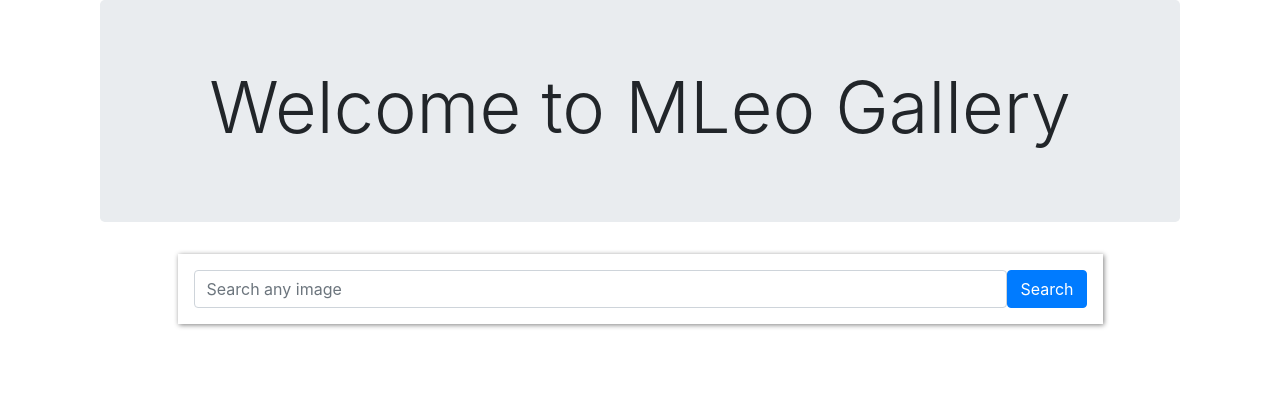
Repository: the-manohar/gallery
Page: /
An editor plug-in stored every save of this project. The page is shown before and after the next save, followed by the edit.
The browser window is 1280 px wide. The pictures show the whole page.
The project was rebuilt for these pictures with package versions that can differ from the ones it lists, and the page was loaded fresh each time.

Above is the page before, as saved 2020-06-19 00:00:50.

After the next save:
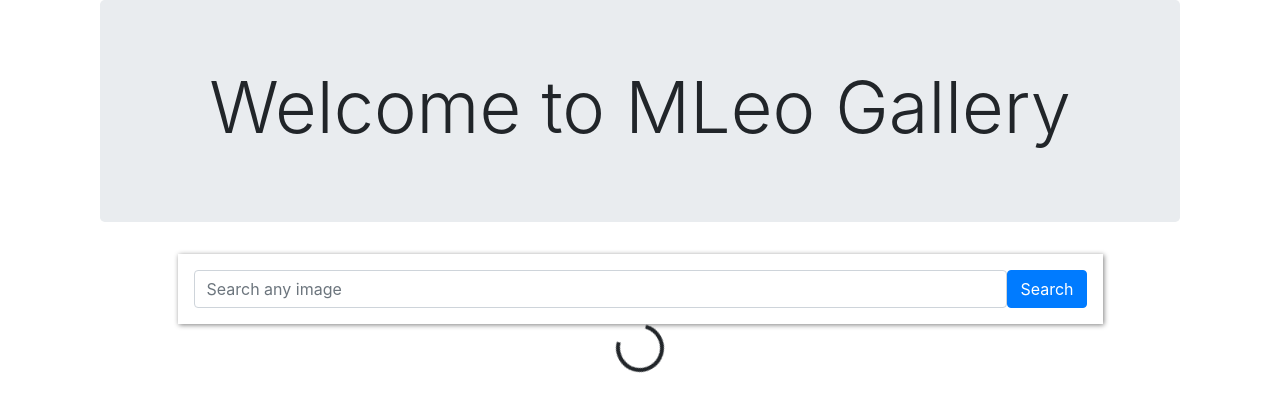
Saved 63 s later.
--- a/src/App.js
+++ b/src/App.js
@@ -34,23 +34,22 @@ function App() {
           Search
         </Button>
       </div>
-      {
-        result.length > 0 ? (
-          <div className="col-sm-12">
-            {result.map((item) => {
-              return (
-                <img
-                  className=" img-thumbnail"
-                  key={item.id}
-                  src={item.urls.small}
-                  alt={item.urls.small}
-                />
-              );
-            })}
-          </div>
-        ) : null
-        // <Spinner style={{ width: "3rem", height: "3rem" }} />
-      }
+      {result.length > 0 ? (
+        <div className="col-sm-12">
+          {result.map((item) => {
+            return (
+              <img
+                className=" img-thumbnail"
+                key={item.id}
+                src={item.urls.small}
+                alt={item.urls.small}
+              />
+            );
+          })}
+        </div>
+      ) : (
+        <Spinner style={{ width: "3rem", height: "3rem" }} />
+      )}
     </div>
   );
 }
